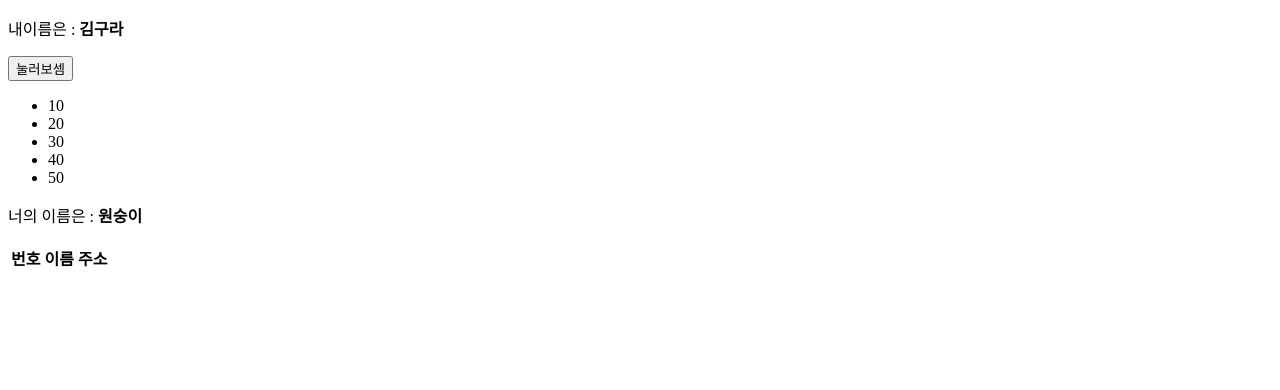
Repository: hyunhee7/angular_work
Page: HelloAngular/WebContent/Step02_controller.html
These files come from the project's save history. The page is drawn as it stood at one moment and after the next save; the edit follows.
The browser window is 1280 px wide. The pictures show the whole page.

Above is the page before, as saved 2017-08-25 02:36:59.

### HelloAngular/WebContent/Step02_controller.html
<!DOCTYPE html>
<html ng-app="myApp">
<head>
<meta charset="UTF-8">
<title>Step02_controller.html</title>
<script src="js/angular.min.js"></script>
<script>
	// angular 모듈 만들기
	var myApp=angular.module("myApp",[]);
	// Ctrl1 이라는 이름의 컨트롤러 만들기
	myApp.controller("Ctrl1",["$scope", function($scope){
		$scope.name="김구라";
		$scope.clicked=function(){
			alert("버튼을 눌렀네?");
		};

		$scope.nums=[10, 20, 30, 40, 50];
	}]);

	// Ctrl2 이라는 이름의 컨트롤러 만들기
	myApp.controller("Ctrl2",["$scope", function($scope){
		$scope.name="원숭이";

		$scope.friends=[
			{num:1,name:"김구라",addr:"노량진"},
			{num:2,name:"해골",addr:"행신동"},
			{num:3,name:"원숭이",addr:"동물원"}
		];
	}]);
</script>
</head>
<body>
<div ng-controller="Ctrl1">
	<p>내이름은 : <strong>{{name}}</strong></p>
	<button ng-click="clicked()">눌러보셈</button>
	<ul>
		<li ng-repeat="tmp in nums">{{tmp}}</li>
	</ul>
</div>
<div ng-controller="Ctrl2">
	<p>너의 이름은 : <strong>{{name}}</strong></p>
	<table>
		<thead>
			<tr>
				<th>번호</th>
				<th>이름</th>
				<th>주소</th>
			</tr>
		</thead>
		<tbody>
			<tr ng-repeat="tmp in friends"></tr>
		</tbody>
	</table>
</div>

</body>
</html>

Loaded but not shown: HelloAngular/WebContent/js/angular.min.js (library)

After the next save:
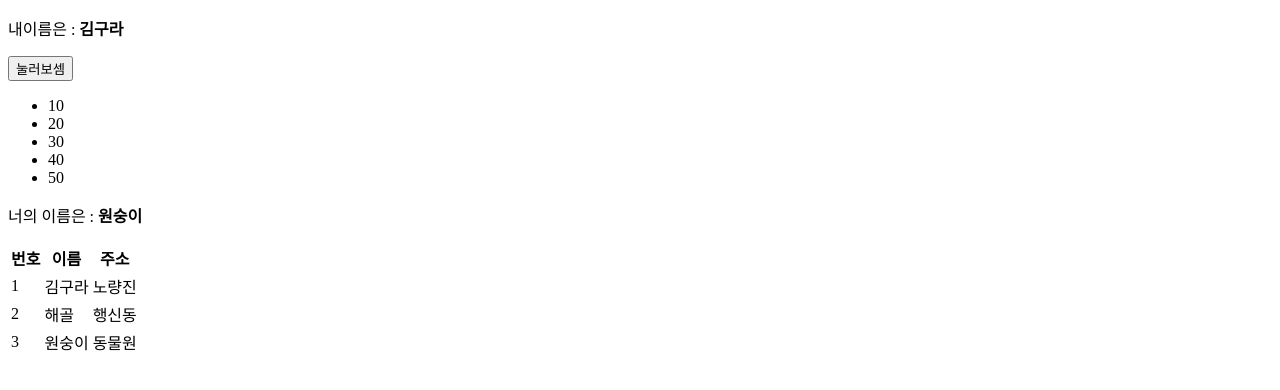
Saved 25 s later.
--- a/HelloAngular/WebContent/Step02_controller.html
+++ b/HelloAngular/WebContent/Step02_controller.html
@@ -48,7 +48,11 @@
 			</tr>
 		</thead>
 		<tbody>
-			<tr ng-repeat="tmp in friends"></tr>
+			<tr ng-repeat="tmp in friends">
+				<td>{{tmp.num}}</td>
+				<td>{{tmp.name}}</td>
+				<td>{{tmp.addr}}</td>
+			</tr>
 		</tbody>
 	</table>
 </div>
